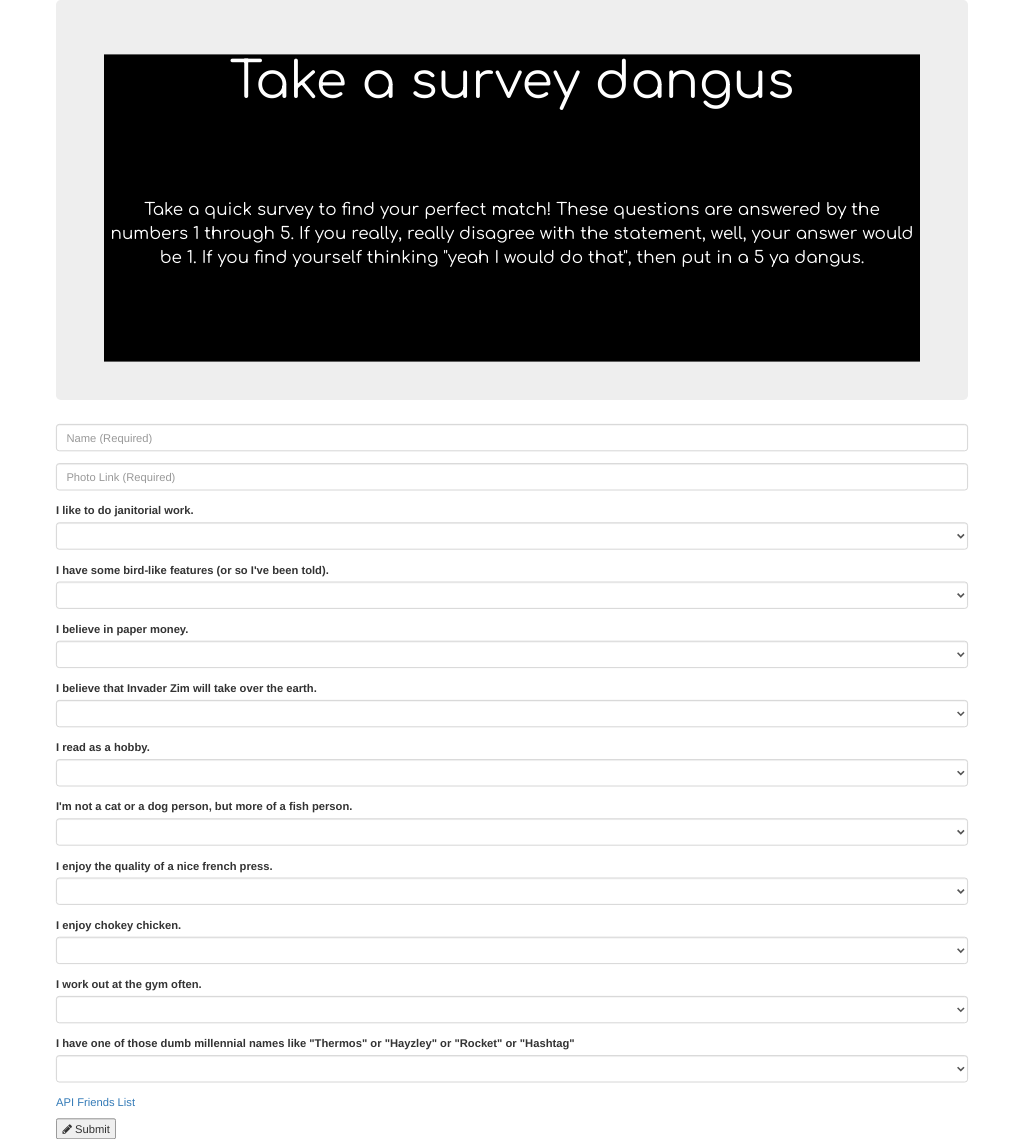
Repository: kcummings1/Mate-Matcher
Page: public/survey.html
These files come from the project's save history. The page is drawn as it stood at one moment and after the next save; the edit follows.
The browser window is 1280 px wide. The pictures show the whole page, at 80% of full size.
Some web fonts or font styles are not loaded; a fallback is used. Some web libraries are served in a nearby version.

Above is the page before, as saved 2019-10-06 22:25:40.

### public/survey.html
<!DOCTYPE html>
<html>

<head>
    <title>Friend Finder | Survey</title>
    <meta charset="UTF-8">
    <link rel="stylesheet" type="text/css" href="style.css">
    <!--===================\\BootStrap//===================-->
    <link rel="stylesheet" href="https://maxcdn.bootstrapcdn.com/bootstrap/3.3.7/css/bootstrap.min.css">
    <link rel="stylesheet" href="https://maxcdn.bootstrapcdn.com/font-awesome/4.7.0/css/font-awesome.min.css">
    <link href="https://fonts.googleapis.com/css?family=Comfortaa|PT+Mono" rel="stylesheet">
    <script type="text/javascript" src="https://code.jquery.com/jquery-3.2.1.min.js"></script>


</head>

<body>

    <div class="container">
        <div class="jumbotron">
            <div class="title" style="background-color: #000;">
                <h1>Take a survey dangus</h1> <br>
                <p>Take a quick survey to find your perfect match! These questions are answered by the numbers 1 through
                    5.
                    If
                    you really, really disagree with the statement, well, your answer would be 1. If you find yourself
                    thinking
                    "yeah I would do that", then put in a 5 ya dangus.</p> <br>
            </div>
        </div>
        <form>
            <div class="form-group">
                <input id="name" type="text" class="form-control" placeholder="Name (Required)">
            </div>
            <div class="form-group">
                <input id="photo" type="text" class="form-control" placeholder="Photo Link (Required)">
            </div>


            <div class="form-group">
                <label for="q1">I like to do janitorial work.</label>
                <select class="form-control" id="q1">
                    <option value="empty"></option>
                    <option value="1">1 (I Do not like that at all!!)</option>
                    <option value="2">2</option>
                    <option value="3">3 (Meh)</option>
                    <option value="4">4</option>
                    <option value="5">5 (I do like that A lot!!)</option>
                </select>
            </div>
            <div class="form-group">
                <label for="q2">I have some bird-like features (or so I've been told).</label>
                <select class="form-control" id="q2">
                    <option value="empty"></option>
                    <option value="1">1 (I Do not like that at all!!)</option>
                    <option value="2">2</option>
                    <option value="3">3 (Meh)</option>
                    <option value="4">4</option>
                    <option value="5">5 (I do like that A lot!!)</option>
                </select>
            </div>
            <div class="form-group">
                <label for="q3">I believe in paper money.</label>
                <select class="form-control" id="q3">
                    <option value="empty"></option>
                    <option value="1">1 (I Do not like that at all!!)</option>
                    <option value="2">2</option>
                    <option value="3">3 (Meh)</option>
                    <option value="4">4</option>
                    <option value="5">5 (I do like that A lot!!)</option>
                </select>
            </div>
            <div class="form-group">
                <label for="q4">I believe that Invader Zim will take over the earth.</label>
                <select class="form-control" id="q4">
                    <option value="empty"></option>
                    <option value="1">1 (I Do not like that at all!!)</option>
                    <option value="2">2</option>
                    <option value="3">3 (Meh)</option>
                    <option value="4">4</option>
                    <option value="5">5 (I do like that A lot!!)</option>
                </select>
            </div>
            <div class="form-group">
                <label for="q5">I read as a hobby.</label>
                <select class="form-control" id="q5">
                    <option value="empty"></option>
                    <option value="1">1 (I Do not like that at all!!)</option>
                    <option value="2">2</option>
                    <option value="3">3 (Meh)</option>
                    <option value="4">4</option>
                    <option value="5">5 (I do like that A lot!!)</option>
                </select>
            </div>
            <div class="form-group">
                <label for="q6">I'm not a cat or a dog person, but more of a fish person.</label>
                <select class="form-control" id="q6">
                    <option value="empty"></option>
                    <option value="1">1 (I Do not like that at all!!)</option>
                    <option value="2">2</option>
                    <option value="3">3 (Meh)</option>
                    <option value="4">4</option>
                    <option value="5">5 (I do like that A lot!!)</option>
                </select>
            </div>
            <div class="form-group">
                <label for="q7">I enjoy the quality of a nice french press.</label>
                <select class="form-control" id="q7">
                    <option value="empty"></option>
                    <option value="1">1 (I Do not like that at all!!)</option>
                    <option value="2">2</option>
                    <option value="3">3 (Meh)</option>
                    <option value="4">4</option>
                    <option value="5">5 (I do like that A lot!!)</option>
                </select>
            </div>
            <div class="form-group">
                <label for="q8">I enjoy chokey chicken.</label>
                <select class="form-control" id="q8">
                    <option value="empty"></option>
                    <option value="1">1 (I Do not like that at all!!)</option>
                    <option value="2">2</option>
                    <option value="3">3 (Meh)</option>
                    <option value="4">4</option>
                    <option value="5">5 (I do like that A lot!!)</option>
                </select>
            </div>
            <div class="form-group">
                <label for="q9">I work out at the gym often.</label>
                <select class="form-control" id="q9">
                    <option value="empty"></option>
                    <option value="1">1 (I Do not like that at all!!)</option>
                    <option value="2">2</option>
                    <option value="3">3 (Meh)</option>
                    <option value="4">4</option>
                    <option value="5">5 (I do like that A lot!!)</option>
                </select>
            </div>
            <div class="form-group">
                <label for="q10">I have one of those dumb millennial names like "Thermos" or "Hayzley" or
                    "Rocket" or "Hashtag"</label>
                <select class="form-control" id="q10">
                    <option value="empty"></option>
                    <option value="1">1 (I Do not like that at all!!)</option>
                    <option value="2">2</option>
                    <option value="3">3 (Meh)</option>
                    <option value="4">4</option>
                    <option value="5">5 (I do like that A lot!!)</option>
                </select>
            </div>
        </form>

        <p>
            <a href =" /api/friends"> API Friends List</a>
        </p>
        <button type="submit" id="submit"><i class="fa fa-pencil survey-button"></i>
            Submit</button>

        <!-- Modal after survey completion -->
        <div id="resultsModal" class="modal fade" role="dialog">
            <div class="modal-dialog">
                <div class="modal-content">
                    <div class="modal-header">

                        <h3 class="modal-title">Your New Best Friend</h1>
                    </div>
                    <div class="modal-body">
                        <h2 id="resultsModal"></h2>
                        <div class="modal-body">
                            <h2 id="matchName"></h2>
                            <img id="matchImg"
                                src="https://image.shutterstock.com/image-photo/colorful-flower-on-dark-tropical-260nw-721703848.jpg"
                                alt="colorful-flower-on-dark-tropical-260nw-721703848">
                        </div>
                    </div>
                </div>
            </div>
        </div>

        <script src="https://code.jquery.com/jquery-3.2.1.min.js"
            integrity="sha256-hwg4gsxgFZhOsEEamdOYGBf13FyQuiTwlAQgxVSNgt4=" crossorigin="anonymous"></script>
        <script src="https://maxcdn.bootstrapcdn.com/bootstrap/3.3.7/js/bootstrap.min.js"></script>
</body>

</html>

<script type="text/javascript">

    //=========\\====Capturing form inputs====//==========\\
    $("#submit").on("click", function (event) {
        event.preventDefault();
        //=========\\====Create an object for the user's data====//==========\\
        var userData = {
            name: $("#name").val(),
            Photo: $("#photo").val(),
            scores: [
                $("#q1").val(),
                $("#q2").val(),
                $("#q3").val(),
                $("#q4").val(),
                $("#q5").val(),
                $("#q6").val(),
                $("#q7").val(),
                $("#q8").val(),
                $("#q9").val(),
                $("#q10").val(),
            ]
        };
        //=========\\====AJAX post the data to the friends API.====//==========\\
        $.post("/api/friends", userData, function (data) {
            $("#matchName").text(data.name);
            $("#matchImg").attr("src", data.photo);
            $("#resultsModal").modal("toggle");
        });
    });


</script>

</html>

### public/style.css
.title{
	text-align: center;
	font-family: "Comfortaa";
	font-size: 500%;
	color: #fff;
}

.slogan{
	text-align: center;
	font-family: "PT Mono";
	font-size: 150%;
	text-transform: uppercase;
	color: #fff;
}

.survey-button{
	text-align: center;
	font-family: "PT Mono";
	font-size: 120%;
	text-transform: uppercase;
}

.subtitle{
	text-align: center;
	font-family: "Comfortaa";
	font-size: 200%;
	font-weight: bold;
}

.survey-container{
	width: 50%;
	margin-left: 25%;
	text-align: center;
}

After the next save:
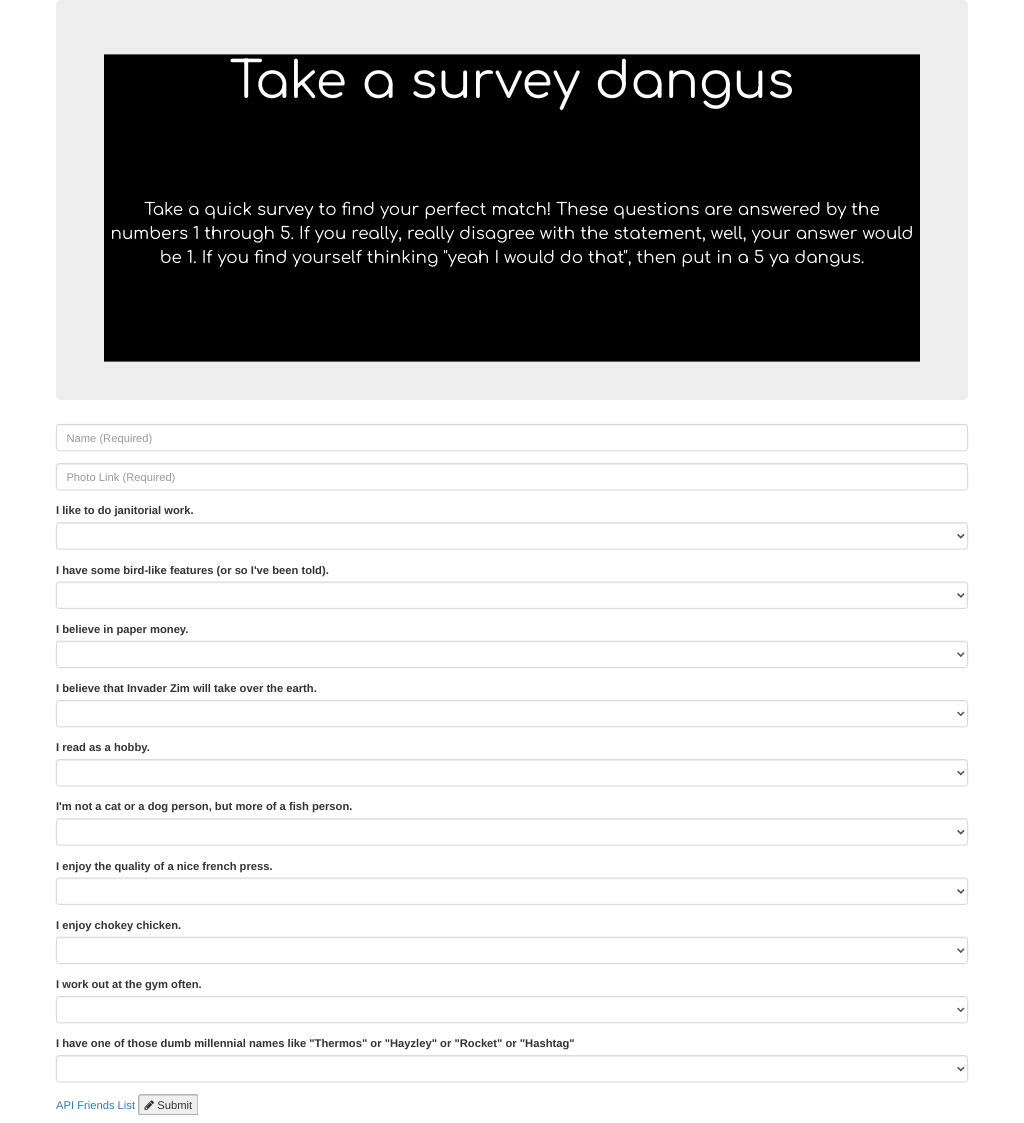
Saved 27 s later.
--- a/public/survey.html
+++ b/public/survey.html
@@ -152,9 +152,10 @@
 
         <p>
             <a href =" /api/friends"> API Friends List</a>
-        </p>
+
         <button type="submit" id="submit"><i class="fa fa-pencil survey-button"></i>
             Submit</button>
+        </p>
 
         <!-- Modal after survey completion -->
         <div id="resultsModal" class="modal fade" role="dialog">
